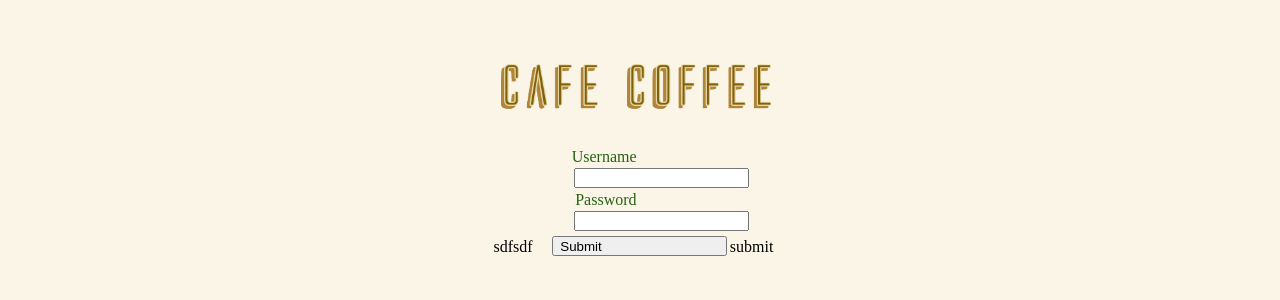
Repository: pkycho92/coffee-spring-backend
Page: coffee/src/main/resources/static/regular/login.html
These files come from the project's save history. The page is drawn as it stood at one moment and after the next save; the edit follows.
The browser window is 1280 px wide. The pictures show the whole page.

Above is the page before, as saved 2018-12-05 07:11:19.

### coffee/src/main/resources/static/regular/login.html
<head>
    <link href="index.css" type="text/css" rel="stylesheet" />
    <link href="adminIndex.css" type="text/css" rel="stylesheet" />
</head>

<body>
    <div id="page">
        <div id="bar"></div>
        <header>
            <h1><img id="logo" src="resources/logo.png" width="300" height="75" /></h1>
        </header>
        <section id="main">
            <div id="container">
            sdfsdf
                <div id="loginDiv">
                    <form name="login" id="login" action="/login" method="POST">
                        <div id="formDiv">
                            <label for="addUsername" class="title">Username</label>
                            <span id="validateUsername" class="error"></span>
                            <input class="input" type="text" id="addUsername" name="username" />
                            <br />
                            <label for="addPassword" class="title">Password</label>
                            <span id="validatePassword" class="error"></span>
                            <input class="input" type="text" id="addPassword" name="password" />
                            <br />
                            <input type="submit">submit</button>
                        </div>
                    </form>
                </div>
            </div>
        </section>
    </div>
</body>

### coffee/src/main/resources/static/regular/index.css
/* Shared */

html {
    overflow-y: scroll;
    background-color: #faf5e7;
}

#page {
    width: 810px;
    margin: 10px auto 10px auto;
    padding: 20px;
    background-color: #faf5e7;
    text-align: center;
}

#navbar {
    font-family: Helvetica, Arial;
    font-size: 16px;
    text-transform: capitalize;
    letter-spacing: .1em;
    display: block;
}

#dropMenu {
    overflow-y: hidden;
    max-height: 0px;
    -webkit-transition: all .35s linear;
    -moz-transition: all .35s linear;
    -o-transition: all .35s linear;
    transition: all .35s linear;
}

#dropMenu.show {
    max-height: 140px;
}

#logo {
    cursor: pointer;
}

#settings {
    float: left;
    display: block;
    cursor: pointer;
}

ul {
    list-style-type: none;
}

li {
    display: inline-block;
    margin: 5px;
    cursor: pointer;
    color: rgb(38, 99, 17)
}

.hidden {
    display: none;
}

.container {
    width: 90%;
}

.articleHead {
    text-align: center;
    margin: 25px auto 10px auto;
    width: 100%;
    font-family: cursive;
    font-size: 30px;
    text-transform: capitalize;
    color: rgb(38, 99, 17);
    word-spacing: -2.5px;
    line-height: 35px
}

.articleBody {
    color: darkgreen;
    text-align: center;
    width: 100%;
    font-family: 'Gill Sans', 'Gill Sans MT', Calibri, 'Trebuchet MS', sans-serif;
    font-size: 16px;
    letter-spacing: .1em;
    word-spacing: 5px;
    line-height: 35px;
}

.storeImage {
    cursor: pointer;
    width: 600px;
    height: 400px;
    margin-left: 5%;
    margin-right: 5%;
    border-radius: 50%;
}

.dividerImage {
    width: 50px;
}

.divider {
    font-size: 24;
    letter-spacing: 10px;
    color: rgb(38, 99, 17);
}

.activeButton {
    opacity: .25;
}

/* End - Shared */

/* End CSS for Contact*/
#map {
    width: 100%;
    height: 400px;
    background-color: grey;
}

#contact {
    color: darkgreen;
    text-align: center;
    width: 100%;
    font-family: 'Gill Sans', 'Gill Sans MT', Calibri, 'Trebuchet MS', sans-serif;
    font-size: 22px;
    letter-spacing: .1em;
    word-spacing: 5px;
    line-height: 35px;
}

/* End CSS for Contact*/

/* CSS for Menu Item*/
#menuItemType {
    color: darkgreen;
    text-align: center;
    width: 100%;
    font-family: 'Gill Sans', 'Gill Sans MT', Calibri, 'Trebuchet MS', sans-serif;
    font-size: 18px;
    letter-spacing: .1em;
    word-spacing: 2.5px;
    margin-bottom: 10px;
}

.arrows {
    display: inline-block;
}

#left, #right {
    width: 15px;
}

.menuItem {
    cursor: pointer;
    margin: 10px;
    width: 175px;
    height: 300px;
    border: 1px solid black;
    float: left;
    -webkit-touch-callout: none;
    -webkit-user-select: none;
    -khtml-user-select: none;
    -moz-user-select: none;
    -ms-user-select: none;
    user-select: none;
}

.menuItemImage {
    margin: 10px;
    width: 100px;
    height: 150px;
    margin-left: 5%;
    margin-right: 5%;
    border-radius: 15px;
    max-width: 600px;
}

.menuItemName {
    text-align: center;
    margin: 25px auto 10px auto;
    width: 100%;
    font-family: cursive;
    font-size: 15px;
    text-transform: capitalize;
    color: rgb(38, 99, 17);
    word-spacing: -2.5px;
    line-height: 17.5px;
}

.menuItemDesc {
    color: darkgreen;
    text-align: center;
    width: 100%;
    font-family: 'Gill Sans', 'Gill Sans MT', Calibri, 'Trebuchet MS', sans-serif;
    font-size: 8px;
    letter-spacing: .1em;
    word-spacing: 2.5px;
    line-height: 17.5px;
}

#right, #left {
    cursor: pointer;
}

/* End CSS for Menu Item*/

.activeArticle {
    -webkit-animation: fadein 1s;
    -moz-animation: fadein 1s;
    -ms-animation: fadein 1s;
    -o-animation: fadein 1s;
    animation: fadein 1s;
}

@keyframes fadein {
    from {
        opacity: 0;
    }
    to {
        opacity: 1;
    }
}

@-moz-keyframes fadein {
    from {
        opacity: 0;
    }
    to {
        opacity: 1;
    }
}

@-webkit-keyframes fadein {
    from {
        opacity: 0;
    }
    to {
        opacity: 1;
    }
}

@-ms-keyframes fadein {
    from {
        opacity: 0;
    }
    to {
        opacity: 1;
    }
}

@-o-keyframes fadein {
    from {
        opacity: 0;
    }
    to {
        opacity: 1;
    }
}

### coffee/src/main/resources/static/regular/adminIndex.css
#preview {
    display: inline-block;
    margin-left: 35px;
    width: 375px;
    height: 450px;
    border: 1px solid black;
    overflow: hidden;
}

#previewImage {
    margin: 10px;
    margin-left: 5%;
    margin-right: 5%;
    border-radius: 50%;
    width: 300px;
    height: 225px;
}

#previewDesc {
    color: darkgreen;
    text-align: center;
    width: 100%;
    font-family: 'Gill Sans', 'Gill Sans MT', Calibri, 'Trebuchet MS', sans-serif;
    font-size: 8px;
    letter-spacing: .1em;
    word-spacing: 2.5px;
    line-height: 17.5px;
}

#previewName {
    text-align: center;
    margin: 25px auto 10px auto;
    width: 100%;
    font-family: cursive;
    font-size: 15px;
    text-transform: capitalize;
    color: rgb(38, 99, 17);
    word-spacing: -2.5px;
    line-height: 17.5px;
}

#addContainer {
    width: 350px;
    clear: both;
    margin: 0 auto;
}

#addForm {
    margin: 25px
}

input {
    width: 100px;
    clear: both;
    text-align: right;
    height: 20px;
}

label {
    float: left;
    text-align: right;
    width: 100px;
    font-family: cursive;
    font-size: 16px;
    text-transform: capitalize;
    color: rgb(38, 99, 17);
    word-spacing: -2.5px;
}

 input, textarea {
    text-align: left;
    width: 175Px;
    margin: 2.5px;
}

.error {
    color: red;
    font-size: 8pt;

}
/* CSS FOR ARTICLES */
#articlesContainer {
    text-align: center;
}

#articles {
    display: inline-block;
    width: 850px;
}

.article {
    cursor: pointer;
    margin: 10px;
    width: 250px;
    height: 300px;
    border: 1px solid black;
    float: left;
    -webkit-touch-callout: none;
    -webkit-user-select: none;
    -khtml-user-select: none;
    -moz-user-select: none;
    -ms-user-select: none;
    user-select: none;
}

.articleImage {
    margin: 10px;
    margin-left: 5%;
    margin-right: 5%;
    border-radius: 50%;
    width: 200px;
    height: 150px;
}

.articleName {
    text-align: center;
    margin: 25px auto 10px auto;
    width: 100%;
    font-family: cursive;
    font-size: 15px;
    text-transform: capitalize;
    color: rgb(38, 99, 17);
    word-spacing: -2.5px;
    line-height: 17.5px;
}

.articleDesc {
    color: darkgreen;
    text-align: center;
    width: 100%;
    font-family: 'Gill Sans', 'Gill Sans MT', Calibri, 'Trebuchet MS', sans-serif;
    font-size: 8px;
    letter-spacing: .1em;
    word-spacing: 2.5px;
    line-height: 17.5px;
}
/* END CSS FOR ARTICLES */

/* CSS FOR ABOUTS */
#aboutsContainer {
    text-align: center;
}

#abouts {
    display: inline-block;
    width: 850px;
}

.about {
    cursor: pointer;
    margin: 10px;
    width: 250px;
    height: 300px;
    border: 1px solid black;
    float: left;
    -webkit-touch-callout: none;
    -webkit-user-select: none;
    -khtml-user-select: none;
    -moz-user-select: none;
    -ms-user-select: none;
    user-select: none;
}

.aboutImage {
    margin: 10px;
    margin-left: 5%;
    margin-right: 5%;
    border-radius: 50%;
    width: 200px;
    height: 150px;
}

.aboutName {
    text-align: center;
    margin: 25px auto 10px auto;
    width: 100%;
    font-family: cursive;
    font-size: 15px;
    text-transform: capitalize;
    color: rgb(38, 99, 17);
    word-spacing: -2.5px;
    line-height: 17.5px;
}

.aboutDesc {
    color: darkgreen;
    text-align: center;
    width: 100%;
    font-family: 'Gill Sans', 'Gill Sans MT', Calibri, 'Trebuchet MS', sans-serif;
    font-size: 8px;
    letter-spacing: .1em;
    word-spacing: 2.5px;
    line-height: 17.5px;
}
/* END CSS FOR ABOUTS */

/* CSS FOR MENUITEMS */
#previewMI {
    display: inline-block;
    width: 200px;
    height: 300px;
    margin-left: 35px;
    border: 1px solid black;
    overflow: hidden;
}

#previewImageMI {
    margin: 10px;
    width: 100px;
    height: 150px;
    margin-left: 5%;
    margin-right: 5%;
    border-radius: 15px;
}


#selectDiv {
    margin-bottom: -10pt;
}

 select{
    text-align: left;
    width: 175Px;
    margin: 2.5px;
}

#menuItemsContainer {
    text-align: center;
}

#menuItemType {
    color: darkgreen;
    text-align: center;
    width: 100%;
    font-family: 'Gill Sans', 'Gill Sans MT', Calibri, 'Trebuchet MS', sans-serif;
    font-size: 18px;
    letter-spacing: .1em;
    word-spacing: 2.5px;
    margin-bottom: 10px;
}

.arrows {
    display: inline-block;
}

#left, #right {
    width: 15px;
}

#menuItems {
    display: inline-block;
    width: 850px;
}

.menuItem {
    cursor: pointer;
    margin: 10px;
    width: 175px;
    height: 300px;
    border: 1px solid black;
    float: left;
    -webkit-touch-callout: none;
    -webkit-user-select: none;
    -khtml-user-select: none;
    -moz-user-select: none;
    -ms-user-select: none;
    user-select: none;
}

.menuItemImage {
    margin: 10px;
    width: 100px;
    height: 150px;
    margin-left: 5%;
    margin-right: 5%;
    border-radius: 15px;
    max-width: 600px;
}

.menuItemName {
    text-align: center;
    margin: 25px auto 10px auto;
    width: 100%;
    font-family: cursive;
    font-size: 15px;
    text-transform: capitalize;
    color: rgb(38, 99, 17);
    word-spacing: -2.5px;
    line-height: 17.5px;
}

.menuItemDesc {
    color: darkgreen;
    text-align: center;
    width: 100%;
    font-family: 'Gill Sans', 'Gill Sans MT', Calibri, 'Trebuchet MS', sans-serif;
    font-size: 8px;
    letter-spacing: .1em;
    word-spacing: 2.5px;
    line-height: 17.5px;
}
/* END CSS FOR MENUITEMS */

/* CSS FOR LOGIN */

#loginDiv {
    display: inline-block;
    width: 250px;
}

#loginDiv label{
    display: block;
    float: none;
    width: 100px;
}

#loginDiv input{
    float: none;
}

#submit {
    margin: 10px;
}

After the next save:
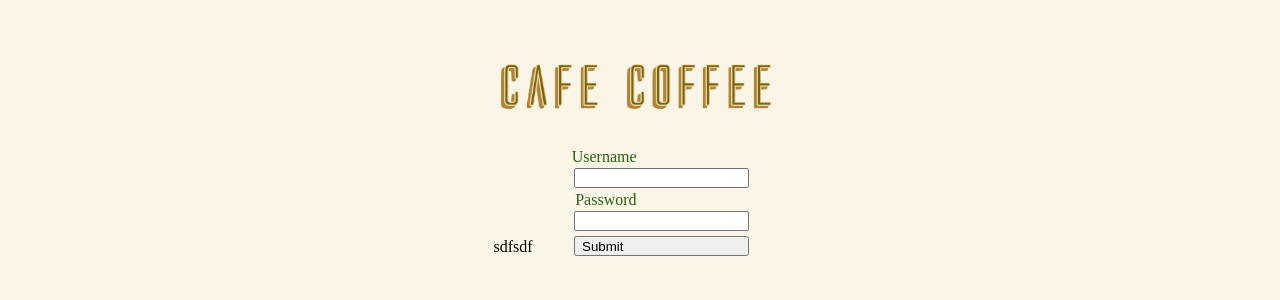
Saved 21 s later.
--- a/coffee/src/main/resources/static/regular/login.html
+++ b/coffee/src/main/resources/static/regular/login.html
@@ -23,7 +23,7 @@
                             <span id="validatePassword" class="error"></span>
                             <input class="input" type="text" id="addPassword" name="password" />
                             <br />
-                            <input type="submit">submit</button>
+                            <input type="submit"/>
                         </div>
                     </form>
                 </div>
